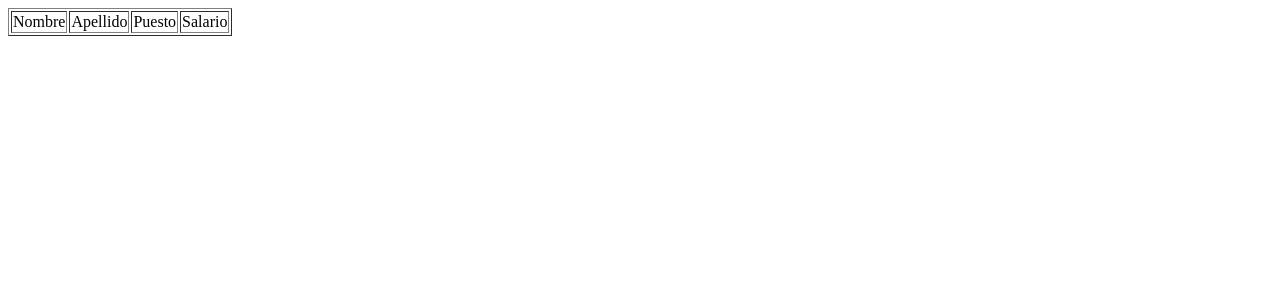
Repository: jchemile/varios
Page: http://localhost/Primeros_pasos_JSP/RecorreEmpleados.jsp
An editor plug-in stored every save of this project. The page is shown before and after the next save, followed by the edit.
The browser window is 1280 px wide. The pictures show the whole page.
The page is served by Tomcat 9. Other server files are loaded and not shown. Queries for data that is not in the repository find no rows.

Above is the page before, as saved 2020-04-24 02:43:14.

### pildoras_informaticas/javaee/Primeros_pasos_JSP/WebContent/RecorreEmpleados.jsp
<%@ page language="java" contentType="text/html; charset=ISO-8859-1"
    pageEncoding="ISO-8859-1"%>

<%@ taglib uri="http://java.sun.com/jsp/jstl/core" prefix="c" %>
<%@ page import = "java.util.*, java.sql.*, pildorasinformaticas.com.jsptags.Empleado" %>

<%

	ArrayList<Empleado> datos = new ArrayList<>();
	Class.forName("com.mysql.jdbc.Driver");

	try{

		Connection miConexion = java.sql.DriverManager.getConnection("jdbc:mysql://localhost:3306/proyecto_jsp","world","world");

		Statement miStatement = miConexion.createStatement();

		String instruccionSql = "SELECT * FROM empleados";

		ResultSet rs = miStatement.executeQuery(instruccionSql);

		while(rs.next()){
			datos.add(new Empleado(rs.getString(1),rs.getString(2),rs.getString(3),rs.getInt(4)));
		}

		rs.close();
		miConexion.close();

	}catch(Exception e){
		out.println("Ocurrio un error");
	}

	pageContext.setAttribute("losEmpleados", datos);

%>


<!DOCTYPE html>
<html>
<head>
<meta charset="ISO-8859-1">
<title>Insert title here</title>

<style>
.cabecera{
	font-weight:bold;
}
</style>

</head>
<body>

	<table border="1">

		<tr>
			<td>Nombre</td><td>Apellido</td><td>Puesto</td><td>Salario</td>
		</tr>

	<c:forEach var="EmpTemp" items="${losEmpleados}">

		<tr>
			<td>${EmpTemp.nombre}</td><td> ${EmpTemp.apellido}</td><td> ${EmpTemp.puesto}</td><td> ${EmpTemp.salario}</td>
		</tr>

	</c:forEach>

	</table>
</body>
</html>

After the next save:
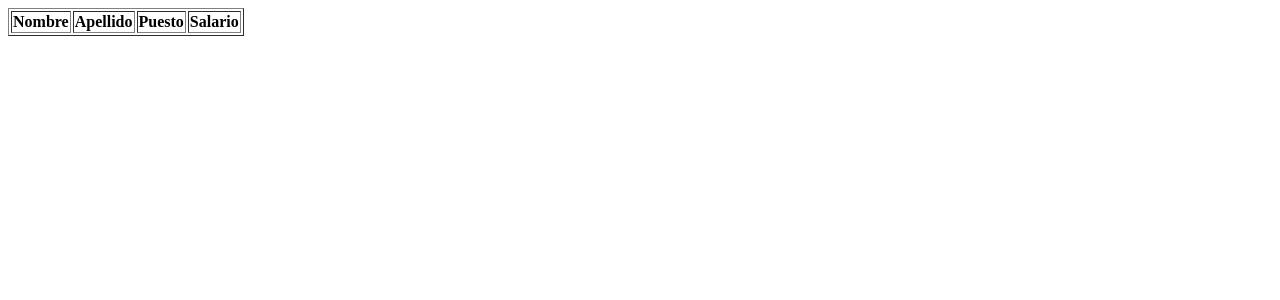
Saved 25 s later.
--- a/pildoras_informaticas/javaee/Primeros_pasos_JSP/WebContent/RecorreEmpleados.jsp
+++ b/pildoras_informaticas/javaee/Primeros_pasos_JSP/WebContent/RecorreEmpleados.jsp
@@ -52,7 +52,7 @@
 
 	<table border="1">
 
-		<tr>
+		<tr class="cabecera">
 			<td>Nombre</td><td>Apellido</td><td>Puesto</td><td>Salario</td>
 		</tr>
 
